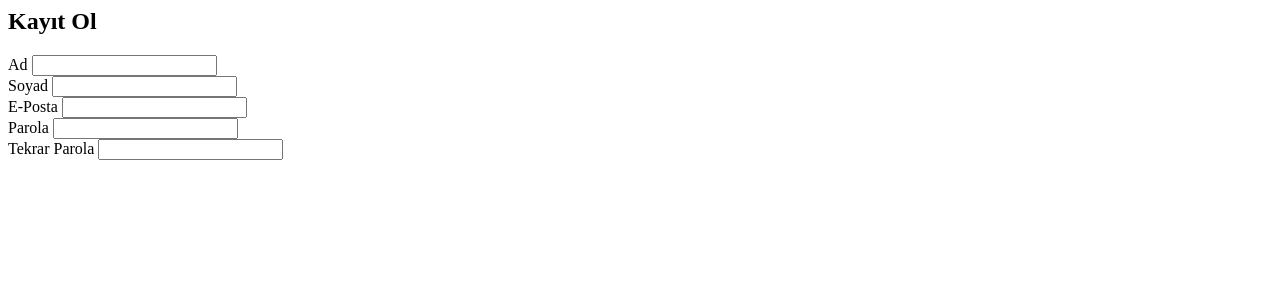
Repository: hakanozer/yazilim_uzmanligi_21_Aralilk_2024
Page: bitirme_projeleri/angular/Omer_Kafkas/src/app/pages/register/register.html
An editor plug-in stored every save of this project. The page is shown before and after a run of saves, followed by the edit.
The browser window is 1280 px wide. The pictures show the whole page.

Above is the page before, as saved 2025-08-31 21:43:18.

After the next 2 saves:
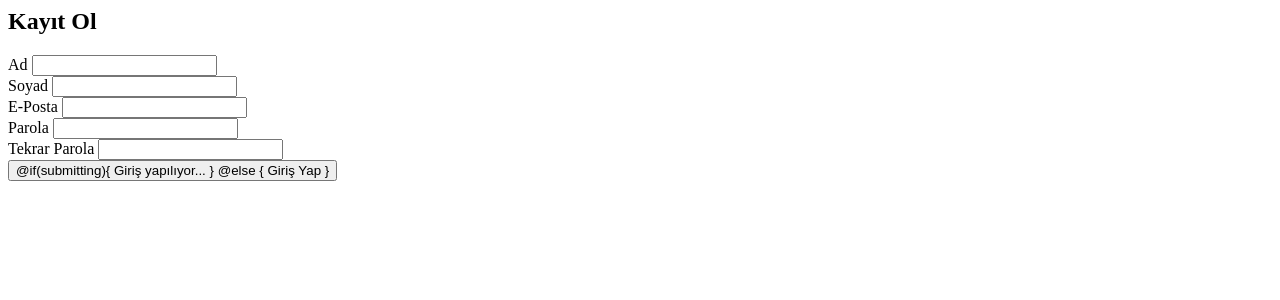
The 2 saves are shown as one change because they came seconds apart.
The last was saved 48 s later.
--- a/bitirme_projeleri/angular/Omer_Kafkas/src/app/pages/register/register.html
+++ b/bitirme_projeleri/angular/Omer_Kafkas/src/app/pages/register/register.html
@@ -25,6 +25,6 @@
             <input id="passwordAgain" type="password">
         </div>
 
-
+         <button class="submit" type="submit" [disabled]="submitting || form.invalid">@if(submitting){ Giriş yapılıyor... } @else { Giriş Yap }</button>
     </form>
 </div>
